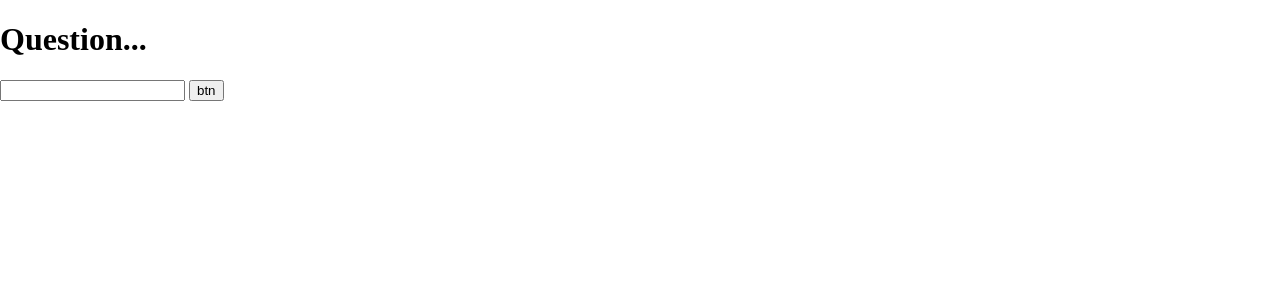
Repository: Joseph061200/Dynamic_Lab2
Page: joseph.html
These files come from the project's save history. The page is drawn as it stood at one moment and after the next save; the edit follows.
The browser window is 1280 px wide. The pictures show the whole page.

Above is the page before, as saved 2020-02-20 14:02:34.

After the next save:
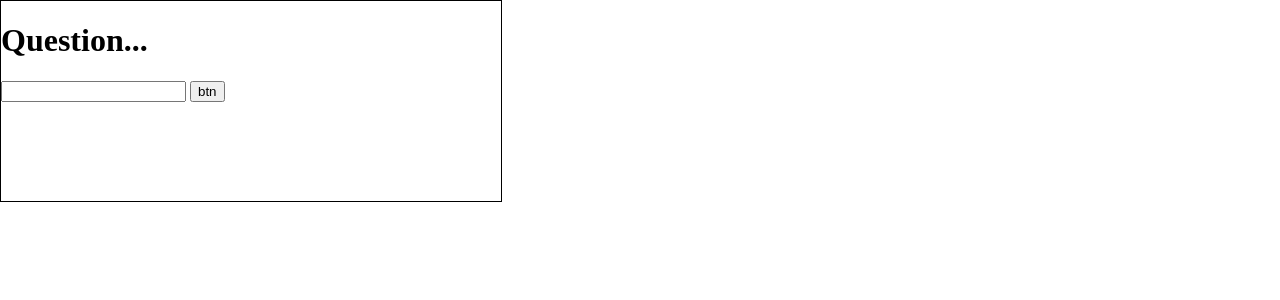
Saved 2 s later.
--- a/joseph.html
+++ b/joseph.html
@@ -6,7 +6,7 @@
     </head>
     <body>
         <div class="app">
-            <div>
+            <div class="pop_up question">
                 <h1>Question...</h1>
                 <div>
                     <input type="">
